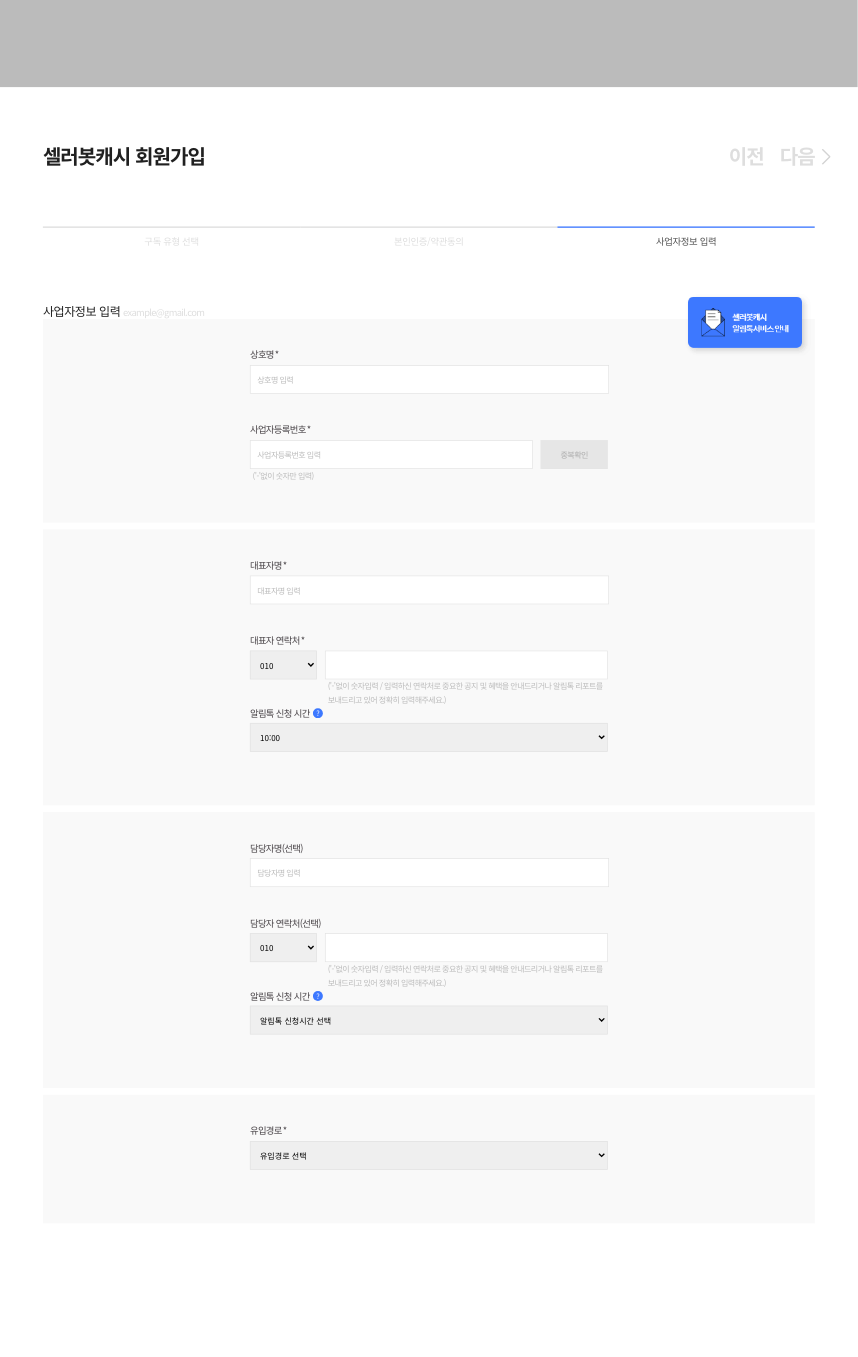
Repository: elemapfelr/ownServer
Page: test-server/web/sellerbot_signup/step_04.html
The author's editor kept a copy of each file at every save. The page is drawn from the files as they stood at one save, then again after the next save.
The browser window is 1280 px wide. The pictures show the whole page, at 67% of full size.
The style sheet was rebuilt from its Sass, Less or Tailwind sources for each picture, by a compiler version that may differ from the author's.

Above is the page before, as saved 2023-03-14 09:37:20.

After the next save:
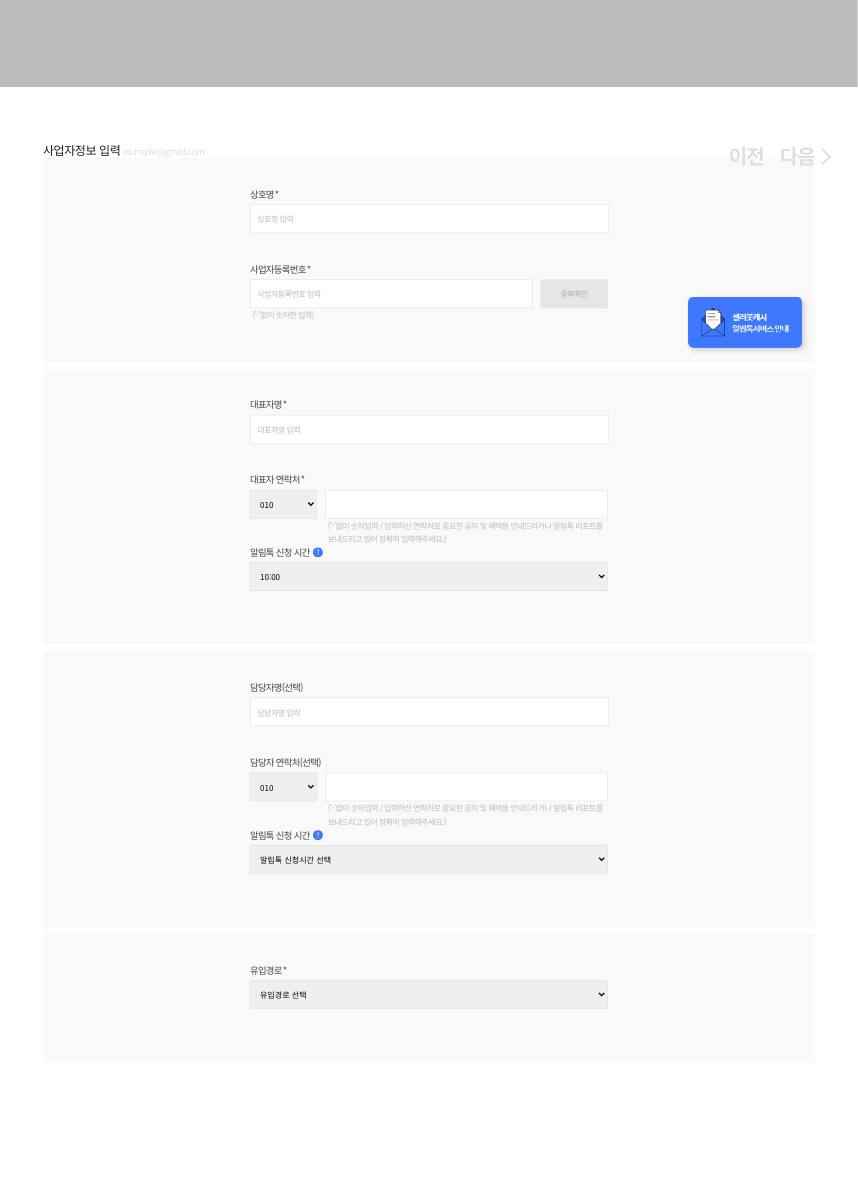
Saved 3 min 1 s later.
--- a/test-server/web/sellerbot_signup/step_04.html
+++ b/test-server/web/sellerbot_signup/step_04.html
@@ -26,24 +26,7 @@
 				<img class="normal" src="./img/talkInfo.png" alt="talkInfo">
 			</button>
 			<article id="top">
-				<div class="title">
-					<h1>셀러봇캐시 회원가입</h1>
-					<img id="talkInfo" class="mini" src="./img/talkInfo_mini.png" alt="talkInfo">
-				</div>
-				<div class="processBar">
-					<div class="first step">
-						<span class="line"></span>
-						<p>구독 유형 선택</p>
-					</div>
-					<div class="second step">
-						<span class="line"></span>
-						<p>본인인증/약관동의</p>
-					</div>
-					<div class="third step active">
-						<span class="line"></span>
-						<p>사업자정보 입력</p>
-					</div>
-				</div>
+
 			</article>
 			<article id="bizInfo">
 				<h2>사업자정보 입력<small id="userEmail">example@gmail.com</small></h2>
